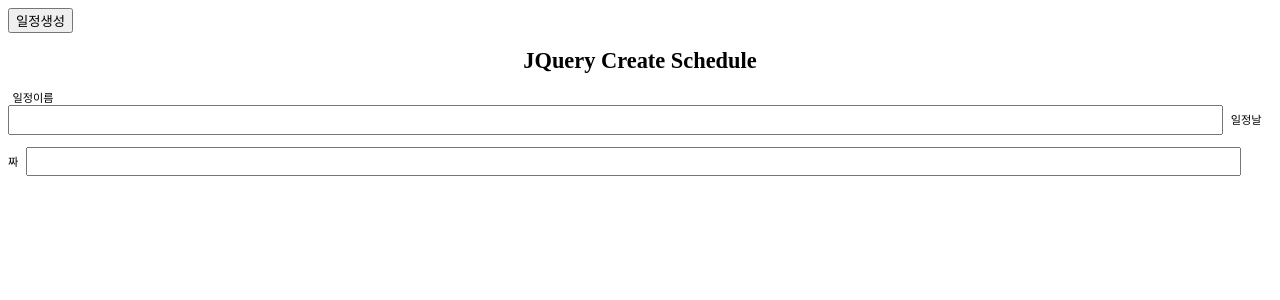
Repository: Junhee1412/front_end_practice
Page: jquery, bootstrap/js04_jquery_ui/public/js01_datepicker.html
An editor plug-in stored every save of this project. The page is shown before and after the next save, followed by the edit.
The browser window is 1280 px wide. The pictures show the whole page.

Above is the page before, as saved 2022-11-15 04:03:41.
Console error: SyntaxError: Unexpected token '<'

### jquery, bootstrap/js04_jquery_ui/public/js01_datepicker.html
<!doctype html>
<html lang="en">
<head>
  <meta charset="utf-8">
  <meta name="viewport" content="width=device-width, initial-scale=1">
  <title>jQuery UI Datepicker - Default functionality</title>
  <link rel="stylesheet" href="//code.jquery.com/ui/1.13.2/themes/base/jquery-ui.css">
  <style>
  	body{font-size:70%;}
  	h1{text-align:center;}
  	input[type="text"], label{
  	margin-bottom:12px;
  	padding:0.4em;
  	width:95%;
  	}
  </style>
  <script src="https://code.jquery.com/jquery-3.6.0.min.js"></script>
  <script src="https://code.jquery.com/ui/1.13.2/jquery-ui.min.js"></script>
  <script>
  	$(function() {
  		$('#open-button').click(function(){
  			$('#dialog').dialog('open');
  		});
  		$('#dialog').dialog({
  			autoOpen:false,
  			buttons:{
  				submit:function(){
  					var eventName=$('#event_name').val();
  					var eventDate=$('#event_date').val();
  					$(<h3></h3>).html(eventName+'='+eventDate).appendTo('#output');
  				},
  				reset:function(){
  					$('#event_name').val('');
  					$('#event_date').val('');
  				},
  				cancel:function(){
  					$('#event_name').val('');
  					$('#event_date').val('');
  					$('#dialog').dialog('close');
  				}
  			}
  		});
  		$('#event_date').datepicker({
  			dateFormat: 'yyyy.mm.dd',
  			numberOfMonths: 1
  		});
  	});
  </script>
</head>
<body>
	<button id="open-button">일정생성</button>
	<div id="output"></div>
	<div id="dialog" title="JQuery UI Dialog">
		<h1>JQuery Create Schedule</h1>
		<label for="event-name">일정이름</label>
		<input type="text" id="event_name" />
		<label for="event_date">일정날짜</label>
		<input type="text" id="event_date" />
	</div>
</body>
</html>

After the next save:
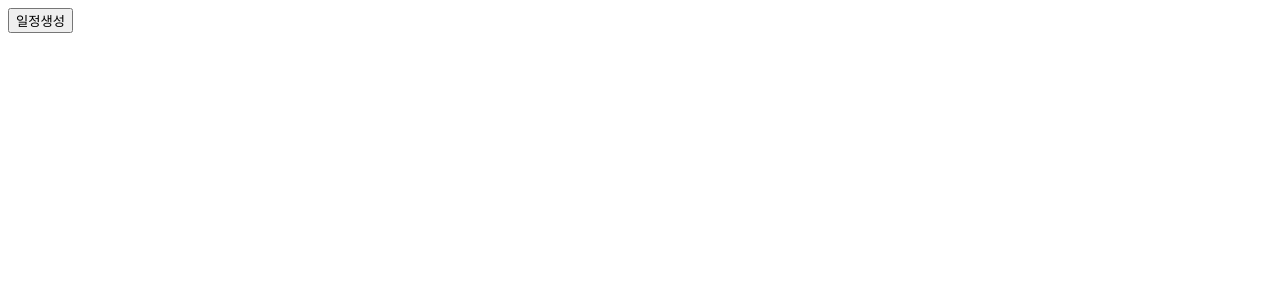
The error is gone.
Saved 12 s later.
--- a/jquery, bootstrap/js04_jquery_ui/public/js01_datepicker.html
+++ b/jquery, bootstrap/js04_jquery_ui/public/js01_datepicker.html
@@ -27,7 +27,7 @@
   				submit:function(){
   					var eventName=$('#event_name').val();
   					var eventDate=$('#event_date').val();
-  					$(<h3></h3>).html(eventName+'='+eventDate).appendTo('#output');
+  					$('<h3></h3>').html(eventName+'='+eventDate).appendTo('#output');
   				},
   				reset:function(){
   					$('#event_name').val('');
